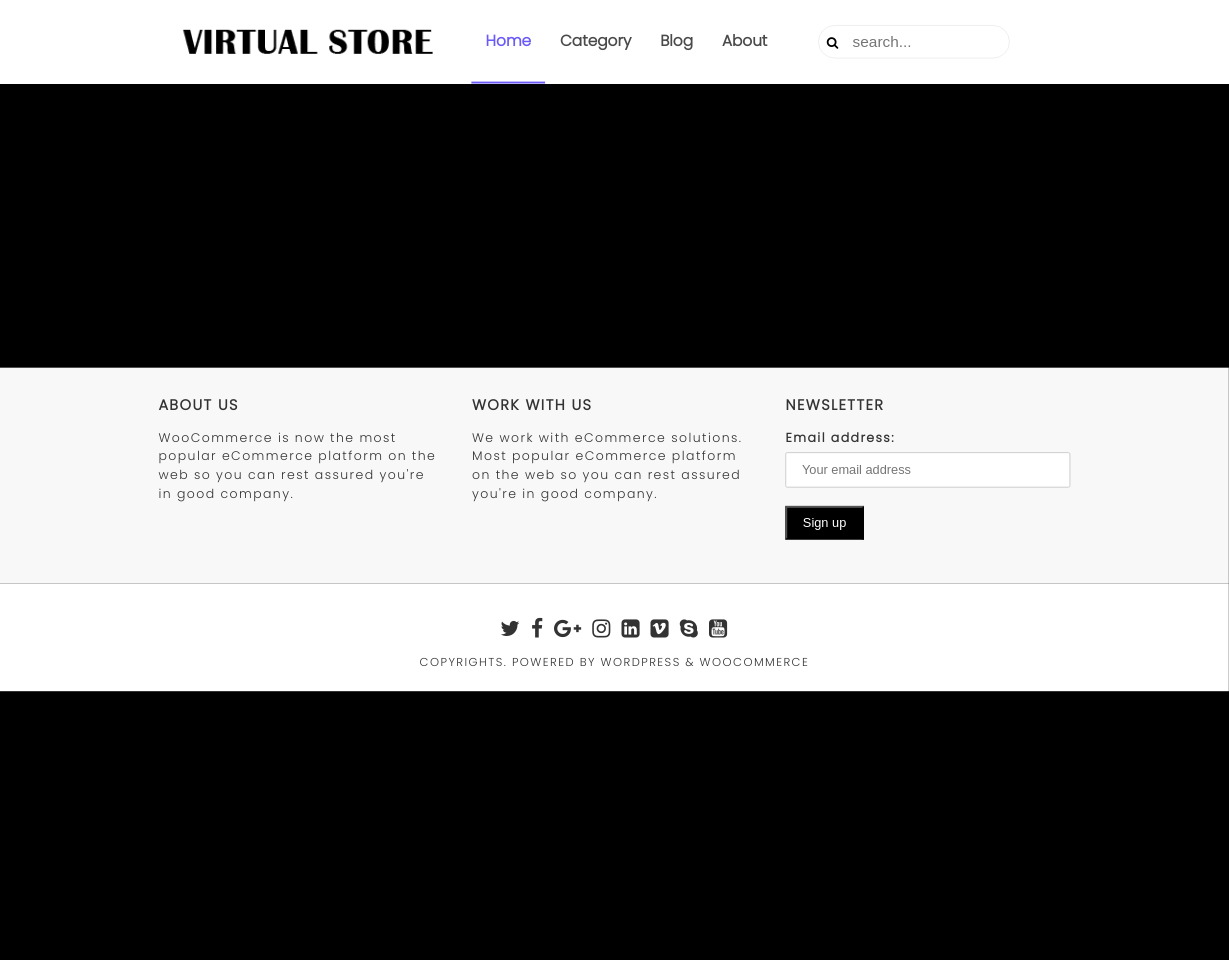
Repository: dungle03/tke_web_nhom_15
Page: index.html
These files come from the project's save history. The page is drawn as it stood at one moment and after the next save; the edit follows.
The browser window is 1280 px wide. The pictures show the whole page, at 96% of full size.

Above is the page before, as saved 2022-09-13 19:06:57.
Not found: resest.css

### index.html
<!DOCTYPE html>
<html lang="en">
<head>
    <meta charset="UTF-8">
    <meta http-equiv="X-UA-Compatible" content="IE=edge">
    <meta name="viewport" content="width=device-width, initial-scale=1.0">
    <title>Home</title>
    <link
    rel="stylesheet"
    href="https://cdnjs.cloudflare.com/ajax/libs/font-awesome/4.7.0/css/font-awesome.min.css"
    integrity="sha512-SfTiTlX6kk+qitfevl/7LibUOeJWlt9rbyDn92a1DqWOw9vWG2MFoays0sgObmWazO5BQPiFucnnEAjpAB+/Sw=="
    crossorigin="anonymous"
  />
  <link href="https://fonts.googleapis.com/css2?family=Poppins:wght@300&display=swap" rel="stylesheet">
    <link rel="stylesheet" href="./resest.css">
    <link rel="stylesheet" href="./CSS/header.css">
    <link rel="stylesheet"  href="./CSS/footer.css">
</head>
<body>
    <div class="main-header">
        <div class="header">
            <div class="logo">
                <img src="./IMG/logo.png" alt="img">
            </div>
            <ul class="navi">
                <li class="item active"><a href="#" class="home">Home</a>
                </li>
                <li class="item category-more"><a href="#" class="category">Category</a>
                    <!-- <ul class="subnavy">
                        <li><a href="#">All products</a></li>
                        <li><a href="#">Furniture</a></li>
                        <li><a href="#">Sale</a></li>
                    </ul> -->
                </li>
                <li class="item"><a href="#" class="blog">Blog</a>
                </li>
                <li class="item"><a href="#" class="about">About</a>
                </li>
            </ul>
            <div class="wrap-search">
                <i class="fa fa-search icon-search"></i>
                <input type="text" class="input-search" placeholder="search...">
            </div>
            <div class="wrap-incon-cart">
                <i class="fa fa-shopping-cart icon-cart"></i>
            </div>
        </div>
    </div>
    <!-- /////////////////////////////////////// -->
        <div class="footer">
            <div class="main-foot">
                <div class="container">
                    <div class="foot-col">
                        <h3 class="footer-title">ABOUT US</h3>
                        <div class="textwidget">WooCommerce is now the most popular eCommerce platform on the web so you can rest assured you're in good company.</div>
                    </div>
                    <div class="foot-col">
                        <h3 class="footer-title">WORK WITH US</h3>
                        <div class="textwidget">We work with eCommerce solutions. Most popular eCommerce platform on the web so you can rest assured you're in good company.</div>
                    </div>
                    <div class="foot-col">
                        <h3 class="footer-title">NEWSLETTER</h3>
                        <form class="newsletter">
                            <p>
                                <label for="EMAIL" class="label-email">Email address:</label>
                                <input type="email" class="input-email" name="EMAIL" placeholder="Your email address" required="">
                            </p>
                            <p>
                                <input type="submit" class="btn-submit" value="Sign up">
                            </p>
                        </form>
                    </div>
                </div>
            </div>
            <div class="bottom-foot">
                <div class="container">
                    <div class="foot-socials">
                        <ul>
                            <li><a href=""></a><i class="fa fa-twitter"></i></li>
                            <li><a href=""></a><i class="fa fa-facebook"></i></li>
                            <li><a href=""></a><i class="fa fa-google-plus"></i></li>
                            <li><a href=""></a><i class="fa fa-instagram"></i></li>
                            <li><a href=""></a><i class="fa fa-linkedin-square"></i></li>
                            <li><a href=""></a><i class="fa fa-vimeo-square"></i></li>
                            <li><a href=""></a><i class="fa fa-skype"></i></li>
                            <li><a href=""></a><i class="fa fa-youtube-square"></i></li>
                        </ul>
                        <p class="credits">Copyrights. Powered by WordPress &amp; WooCommerce</p>
                    </div>
                </div>
            </div>
        </div>
    </body>
    </html>

### CSS/header.css
html {
    font-family: "Poppins", sans-serif;
    box-sizing: border-box;
    font-size: 62.5%;

  }
  * {
    margin: 0;
    padding: 0;
  }
  *,
  *:before,
  *:after {
    box-sizing: border-box;
  }
  input,
  textarea,
  select,
  button {
    outline: none;
  }
  input {
    line-height: normal;
  }
  label,
  button {
    cursor: pointer;
  }
  a {
    text-decoration: none;
  }
  img {
    display: block;
    max-width: 100%;
  }
  body{
    height: 1000px;
    background-color: black;
  }
/* /////////// HEADER  /////////// */
.main-header{
  width: 100%;
  position: fixed;
  top: 0;
  left: 0;
  background-color: white;
  /* background-color: aqua; */
}
.header{
    width: 100%;
    padding:0 190px ;
    display: flex;
    align-items: center;
    justify-content: space-between;
}
  .logo{

}
.navi{
    display: flex;
    width: max-content;
}
.navi a{
  color: #4a4a4a;;

}
.navi .item{
  list-style-type: none;
    /* width: max-content; */
    white-space: nowrap;
    padding:  30px 15px;
    cursor: pointer;
    color: #999;
    font-weight: 600;
    flex: 1;
    display: flex;
    align-items: center;
    justify-content: center;
    border-radius: inherit;
    border-bottom: 2px solid white;
}

.wrap-search{
  position: relative;
}
.icon-search{
  position: absolute;
  top: 50%;
  left: 15px;
  transform: translate(-50%,-50%);
  font-size: 13px;
}
.input-search{
  width: 200px;
  height: 35px;
  padding-left: 35px;
  border-radius: 20px;
  border: 1px solid #eee;
  font-size: 16px;
}

.icon-cart{
  font-size: 30px;
  /* transform: translateX(-20px); */
  position: relative;
}
.icon-cart::before{
  content: "";
  position: absolute;
  z-index: -1;
}
.navi .item.active a{
  color: #6a5af9;
}

.navi .item:hover{
    color: #6a5af9;
  border-bottom-color: currentColor;
}

.navi .item.active{
  border-bottom-color: #6a5af9;
}

.category-more{
  position: relative;
}

.subnavy{
  position: absolute;
  top: 110%;

}

/* FORTER */
.footer{
  position: absolute  ;
  bottom: 0px;
}
.main-foot{
  background-color:
#f8f8f8;
background-position:
0px 0px;
color:#333333;
font-size:13px;
letter-spacing:1.5px;
line-height:19.6px;
padding:15px 0px 28px 0px;
}

.main-foot .container{
  display: flex;
  padding: 0 150px;
}

.main-foot .container .foot-col{
  display: inline-block;
  width: calc(100% / 3);
  padding:
0px 15px;
}


.main-foot .container .foot-col:first-child, .foot-col:nth-child(2){
  color:
#333333;
letter-spacing:
1.5px;
line-height:
19.6px;
padding:
0px 15px;
}
.footer-title{
  margin: 14px 0;
}

.newsletter{
  color:
#333333;
font-size:
13px;
letter-spacing:
1.5px;
line-height:
19.6px;
}
.label-email{
  font-weight: 700;
  margin-bottom: 6px;
  display: block;
}
.input-email{
  width: 100%;
  background-color:
#ffffff;
background-position:
0px 0px;
border-color:
#cccccc;
border-radius:
2px;
border-style:
solid;
border-width:
1px;
color:
#555555;
font-family:
Arial;
font-size:
13.3333px;
line-height:
19.0476px;
margin:
0px 0px 5px;
padding:
8px 16px;
}
.btn-submit{
  margin: 14px 0px 18px 0px;
  display: inline-block;
  padding: 8px 16px;
  background-color: black;
  color: white;
}

/* /////// */
.bottom-foot{
  background-color:
#ffffff;
background-position:
0px 0px;
color:
#333333;
font-size:
14px;
letter-spacing:
1.5px;
line-height:
19.6px;
padding:
20px 0px;
text-align:
center;
text-transform:
uppercase;
}
li{

  list-style-type: none;
}
.bottom-foot .container{
  margin: 0 auto;
    width: 1180px;
}
.foot-socials ul{
  display: flex;
  width: max-content;
  margin: 15px auto;
}
.foot-socials ul li {
  font-size: 22px;
  margin: 0 5px;
}
.credits{
  font-size: 12px;
}

### CSS/footer.css
html {
    font-family: "Poppins", sans-serif;
    box-sizing: border-box;
    font-size: 16px;

  }
  * {
    margin: 0;
    padding: 0;
  }
  *,
  *:before,
  *:after {
    box-sizing: border-box;
  }
  input,
  textarea,
  select,
  button {
    outline: none;
  }
  input {
    line-height: normal;
  }
  label,
  button {
    cursor: pointer;
  }
  a {
    text-decoration: none;
  }
  img {
    display: block;
    max-width: 100%;
  }

After the next save:
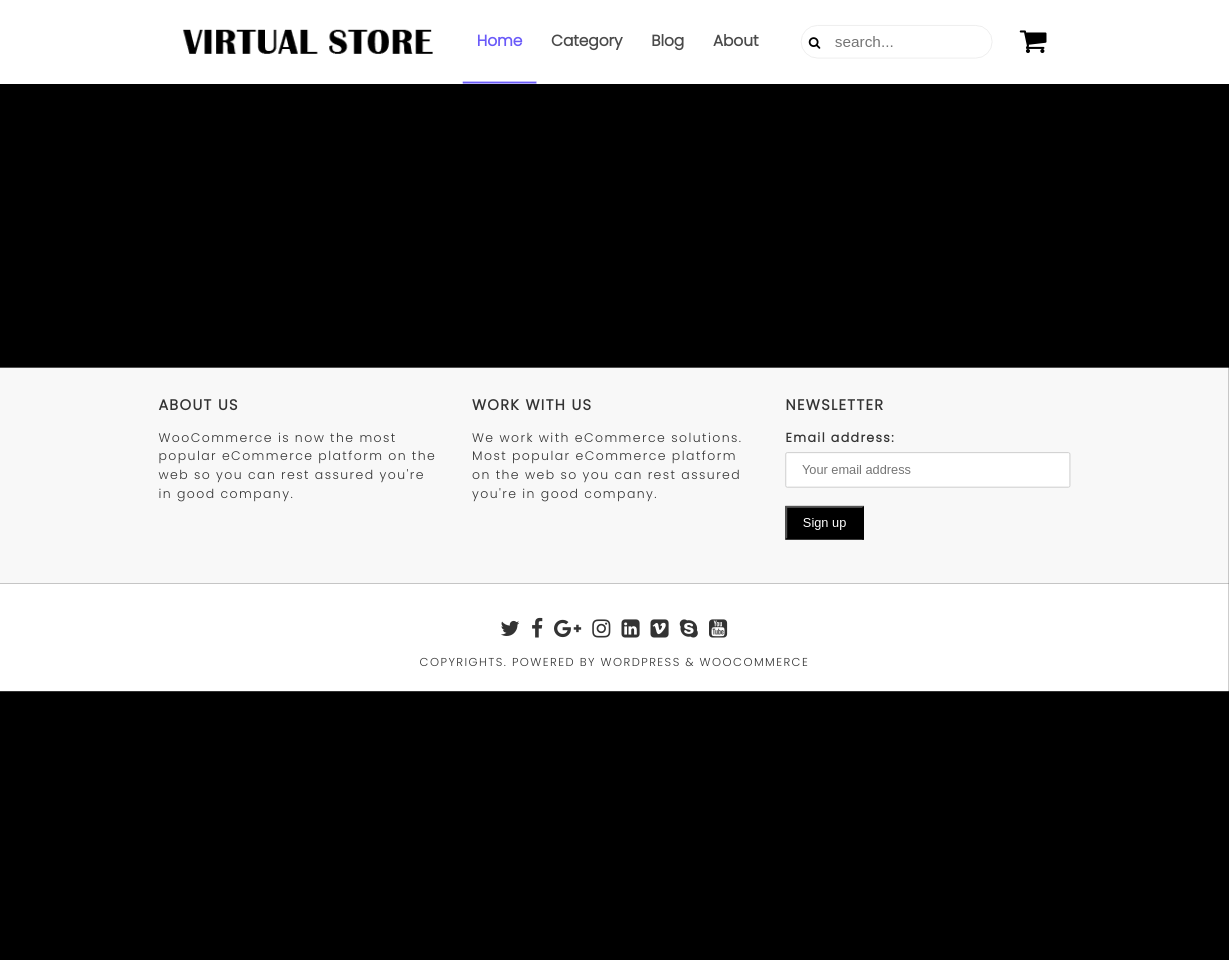
Saved 35 s later.
--- a/CSS/header.css
+++ b/CSS/header.css
@@ -98,13 +98,14 @@ html {
   border: 1px solid #eee;
   font-size: 16px;
 }
-
+.wrap-incon-cart{
+  width: max-content;
+  position: relative;
+}
 .icon-cart{
   font-size: 30px;
-  /* transform: translateX(-20px); */
-  position: relative;
-}
-.icon-cart::before{
+}
+.wrap-incon-cart-cart::before{
   content: "";
   position: absolute;
   z-index: -1;
